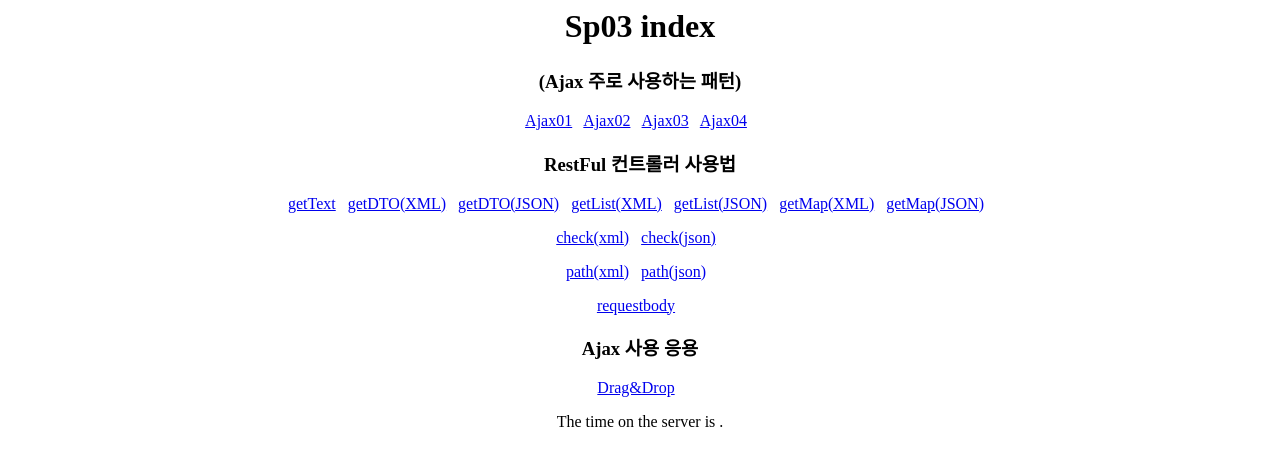
Repository: betweenhj702/Spring-practice-in-bit
Page: http://localhost/Sp03/WEB-INF/views/index.jsp
An editor plug-in stored every save of this project. The page is shown before and after the next save, followed by the edit.
The browser window is 1280 px wide. The pictures show the whole page.
The page is served by Tomcat 9. Nobody is signed in. Other server files are loaded and not shown. The template is opened directly, without the code that normally fills it, so the values that code supplies are empty.

Above is the page before, as saved 2021-01-26 03:13:02.

### workspace/Sp03/src/main/webapp/WEB-INF/views/index.jsp
<%@ taglib uri="http://java.sun.com/jsp/jstl/core" prefix="c" %>
<%@ page contentType="text/html; charset=utf-8" %>
<html>
<head>
	<title>Home</title>
</head>
<body>
<div style="text-align:center">
		   <h1>Sp03 index </h1>
		   <h3>(Ajax 주로 사용하는 패턴)</h3>
		   <p>
		   		<a href="ajax/test01.do">Ajax01</a>&nbsp;&nbsp;
		   		<a href="ajax/test02.do">Ajax02</a>&nbsp;&nbsp;
		   		<a href="ajax/test03.do">Ajax03</a>&nbsp;&nbsp;
		   		<a href="ajax/test04.do">Ajax04</a>&nbsp;&nbsp;
		   </p>
		   <p>
		   		<h3>RestFul 컨트롤러 사용법</h3>
		   		<a href="rest/getText">getText</a>&nbsp;&nbsp;
		   		<a href="rest/getAddress">getDTO(XML)</a>&nbsp;&nbsp;
		   		<a href="rest/getAddress.json">getDTO(JSON)</a>&nbsp;&nbsp;
		   		<a href="rest/getList">getList(XML)</a>&nbsp;&nbsp;
		   		<a href="rest/getList.json">getList(JSON)</a>&nbsp;&nbsp;
		   		<a href="rest/getMap">getMap(XML)</a>&nbsp;&nbsp;
		   		<a href="rest/getMap.json">getMap(JSON)</a>&nbsp;&nbsp;
		   </p>
		   <p>
		   		<a href="rest/check?height=170&weight=70">check(xml)</a>&nbsp;&nbsp;
		   		<a href="rest/check.json?height=140&weight=45">check(json)</a>&nbsp;&nbsp;
		   </p>
		   <p>
		   		<a href="rest/product/bag/001">path(xml)</a>&nbsp;&nbsp;
		   		<a href="rest/product/bag/002.json">path(json)</a>&nbsp;&nbsp;
		   </p>
		   <p>
		   		<a href="ajax/requestbody.do">requestbody</a>&nbsp;&nbsp;

		   </p>
		    <p>
		    	<h3>Ajax 사용 응용</h3>
		   		<a href="file/list.do">Drag&Drop</a>&nbsp;&nbsp;

		   </p>
		   <P>  The time on the server is ${serverTime}. </P>
</div>



</body>
</html>

After the next save:
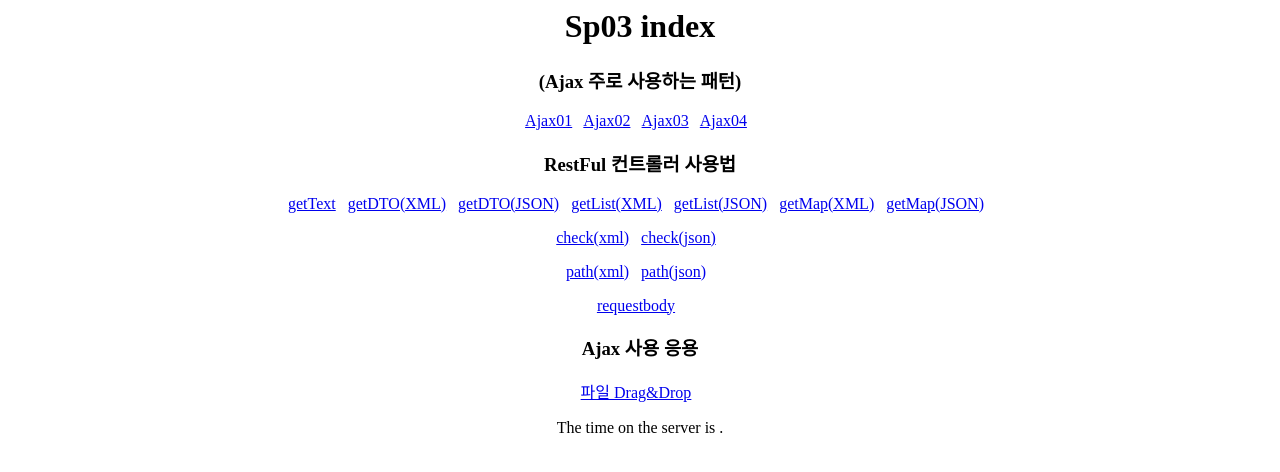
Saved 52 s later.
--- a/workspace/Sp03/src/main/webapp/WEB-INF/views/index.jsp
+++ b/workspace/Sp03/src/main/webapp/WEB-INF/views/index.jsp
@@ -38,7 +38,7 @@
 		   </p>
 		    <p>
 		    	<h3>Ajax 사용 응용</h3>
-		   		<a href="file/list.do">Drag&Drop</a>&nbsp;&nbsp;
+		   		<a href="file/list.do">파일 Drag&Drop</a>&nbsp;&nbsp;
 
 		   </p>
 		   <P>  The time on the server is ${serverTime}. </P>
